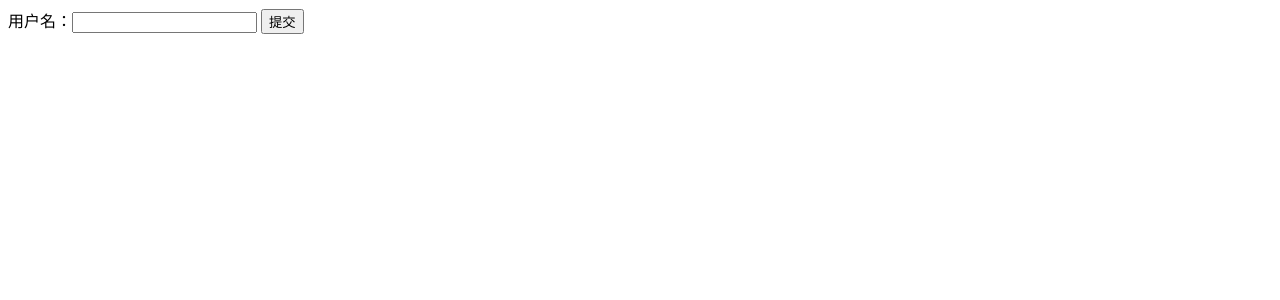
Repository: frankstar007/java
Page: http://localhost/Servlet_Study/form.jsp
The author's editor kept a copy of each file at every save. The page is drawn from the files as they stood at one save, then again after the next save.
The browser window is 1280 px wide. The pictures show the whole page.
The page is served by Tomcat 9. Nobody is signed in. The application's start-up code is not run.

Above is the page before, as saved 2016-05-02 12:16:59.

After the next save:
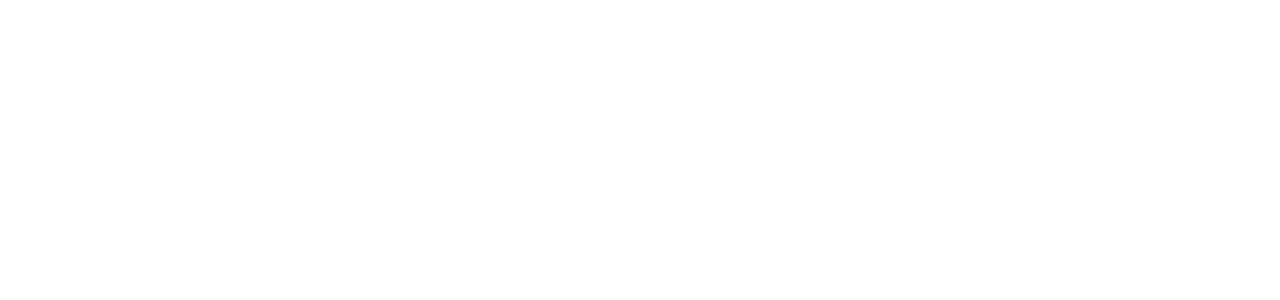
Saved 90 s later.
--- a/Servlet_Study/WebContent/form.jsp
+++ b/Servlet_Study/WebContent/form.jsp
@@ -5,6 +5,7 @@
 <head>
 <meta http-equiv="Content-Type" content="text/html; charset=UTF-8">
 <title>Form表单</title>
+	<script type="text/javascript>
 </head>
 <body>
 	<form action="${pageContext.request.contextPath }/DoFormServlet" method="post">

After the 3 saves that followed:
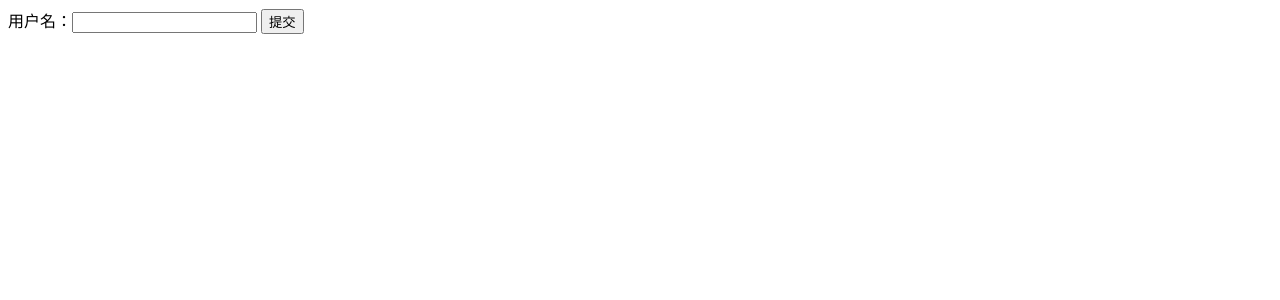
The 3 saves are shown as one change because 2 left the picture as it was.
The last was saved 39 s later.
--- a/Servlet_Study/WebContent/form.jsp
+++ b/Servlet_Study/WebContent/form.jsp
@@ -5,7 +5,10 @@
 <head>
 <meta http-equiv="Content-Type" content="text/html; charset=UTF-8">
 <title>Form表单</title>
-	<script type="text/javascript>
+	<script type="text/javascript">
+
+
+	</script>
 </head>
 <body>
 	<form action="${pageContext.request.contextPath }/DoFormServlet" method="post">
